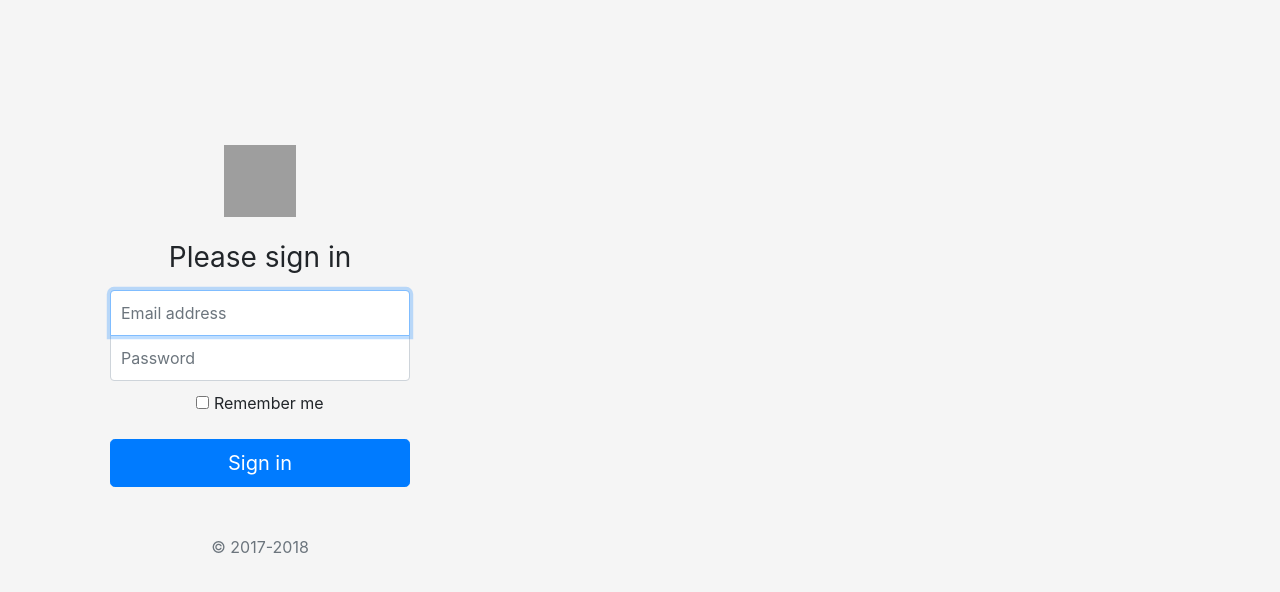
Repository: DonWhelan/Request-Hub
Page: http://localhost/test/test.php
The author's editor kept a record of every edit. The page is drawn from the files as they stood at one moment, then again after the next edit.
The browser window is 1280 px wide. The pictures show the whole page.
Pictures or frames that could not be fetched are drawn as grey boxes. The page is run by PHP 8.4 with error messages shown; the project is at /var/www/html/.

Above is the page before.

### test/test.php

<!doctype html>
<html lang="en">
  <head>
    <meta charset="utf-8">
    <meta name="viewport" content="width=device-width, initial-scale=1, shrink-to-fit=no">
    <meta name="description" content="">
    <meta name="author" content="">


    <title>Signin Template for Bootstrap</title>

    <!-- Bootstrap core CSS -->
    <link href="../style/bootstrap-4.0.0-dist/css/bootstrap.min.css" rel="stylesheet">

    <!-- Custom styles for this template -->
    <link href="signin.css" rel="stylesheet">
  </head>

  <body class="text-center">

        <div class="container">
            <div class="row" >
                <div class="col-sm-4 services-box" >
    <form class="col-sm-3 col-centered form-signin">
      <img class="mb-4" src="https://getbootstrap.com/assets/brand/bootstrap-solid.svg" alt="" width="72" height="72">
      <h1 class="h3 mb-3 font-weight-normal">Please sign in</h1>
      <label for="inputEmail" class="sr-only">Email address</label>
      <input type="email" id="inputEmail" class="form-control" placeholder="Email address" required autofocus>
      <label for="inputPassword" class="sr-only">Password</label>
      <input type="password" id="inputPassword" class="form-control" placeholder="Password" required>
      <div class="checkbox mb-3">
        <label>
          <input type="checkbox" value="remember-me"> Remember me
        </label>
      </div>
      <button class="btn btn-lg btn-primary btn-block" type="submit">Sign in</button>
      <p class="mt-5 mb-3 text-muted">&copy; 2017-2018</p>
    </form>
  </body>
</html>

### assets/css/signIn.css
html,
body {
  height: 100%;
}

body {
  display: -ms-flexbox;
  display: -webkit-box;
  display: flex;
  -ms-flex-align: center;
  -ms-flex-pack: center;
  -webkit-box-align: center;
  align-items: center;
  -webkit-box-pack: center;
  justify-content: center;
  padding-top: 40px;
  padding-bottom: 40px;
  background-color: #f5f5f5;
}

.form-signin {
  width: 100%;
  max-width: 330px;
  padding: 15px;
  margin: 0 auto;
}
.form-signin .checkbox {
  font-weight: 400;
}
.form-signin .form-control {
  position: relative;
  box-sizing: border-box;
  height: auto;
  padding: 10px;
  font-size: 16px;
}
.form-signin .form-control:focus {
  z-index: 2;
}
.form-signin input[type="email"] {
  margin-bottom: -1px;
  border-bottom-right-radius: 0;
  border-bottom-left-radius: 0;
}
.form-signin input[type="password"] {
  margin-bottom: 10px;
  border-top-left-radius: 0;
  border-top-right-radius: 0;
}

Loaded but not shown: style/bootstrap-4.0.0-dist/css/bootstrap.min.css (library)

After the next edit:
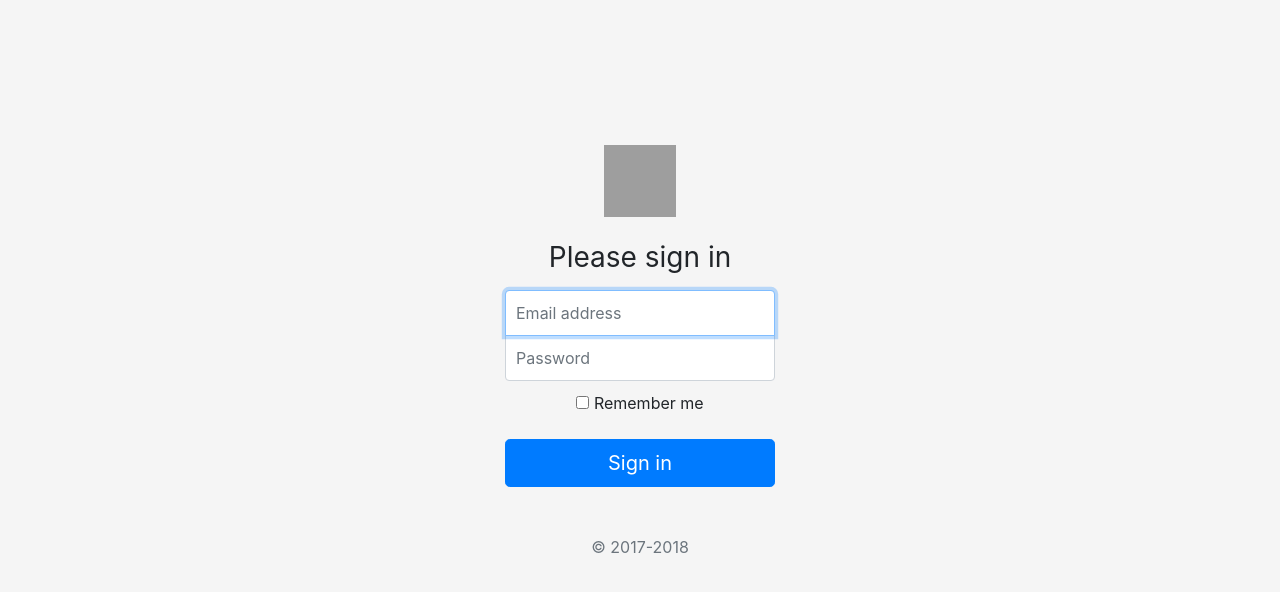
The edit:
--- a/test/test.php
+++ b/test/test.php
@@ -21,8 +21,8 @@
 
         <div class="container">
             <div class="row" >
-                <div class="col-sm-4 services-box" >
-    <form class="col-sm-3 col-centered form-signin">
+                <div class="form-signin col-sm-12 col-centered " >
+      <form class="form-signin">
       <img class="mb-4" src="https://getbootstrap.com/assets/brand/bootstrap-solid.svg" alt="" width="72" height="72">
       <h1 class="h3 mb-3 font-weight-normal">Please sign in</h1>
       <label for="inputEmail" class="sr-only">Email address</label>
